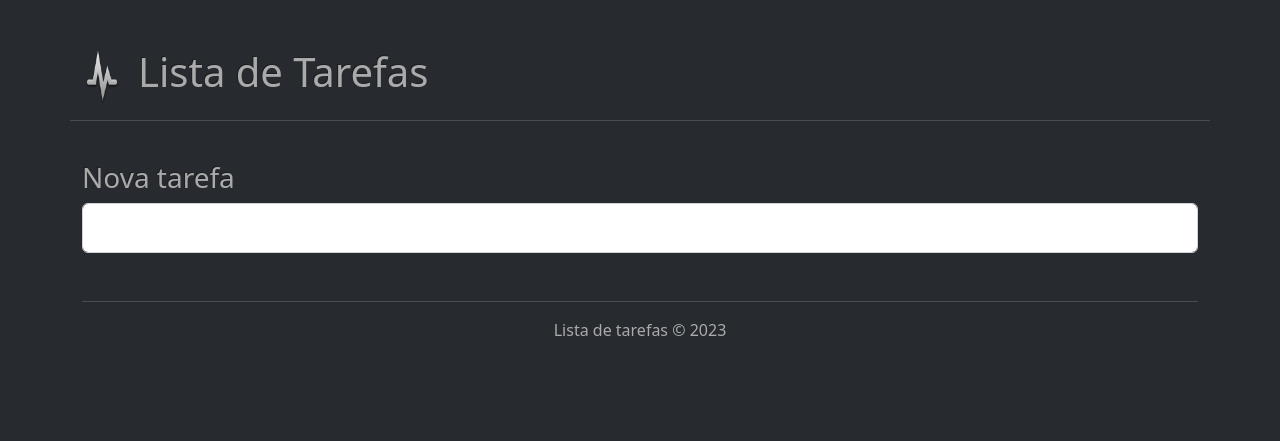
Repository: cargugati/lista_tarefas
Page: frontEnd/new_task.html
These files come from the project's save history. The page is drawn as it stood at one moment and after the next save; the edit follows.
The browser window is 1280 px wide. The pictures show the whole page.

Above is the page before, as saved 2023-03-30 10:35:18.

After the next save:
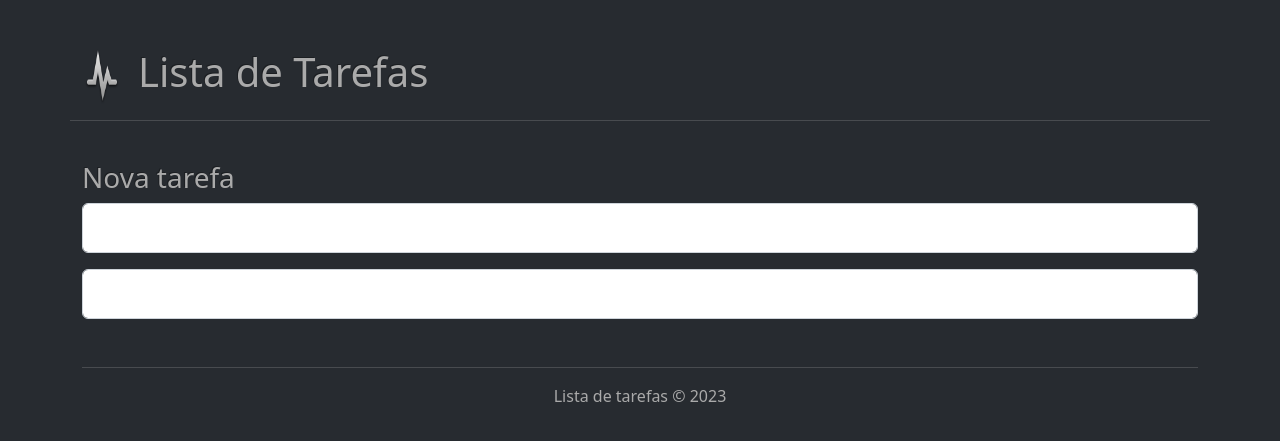
Saved 38 s later.
--- a/frontEnd/new_task.html
+++ b/frontEnd/new_task.html
@@ -31,6 +31,9 @@
     <div class="row">
       <div class="col">
         <h3>Nova tarefa</h3>
+        <div class="mb-3">
+          <input type="text" name="" id="text_task_text" class="form-control">
+        </div>
         <div class="mb-3">
           <input type="text" name="" id="text_task_text" class="form-control">
         </div>
